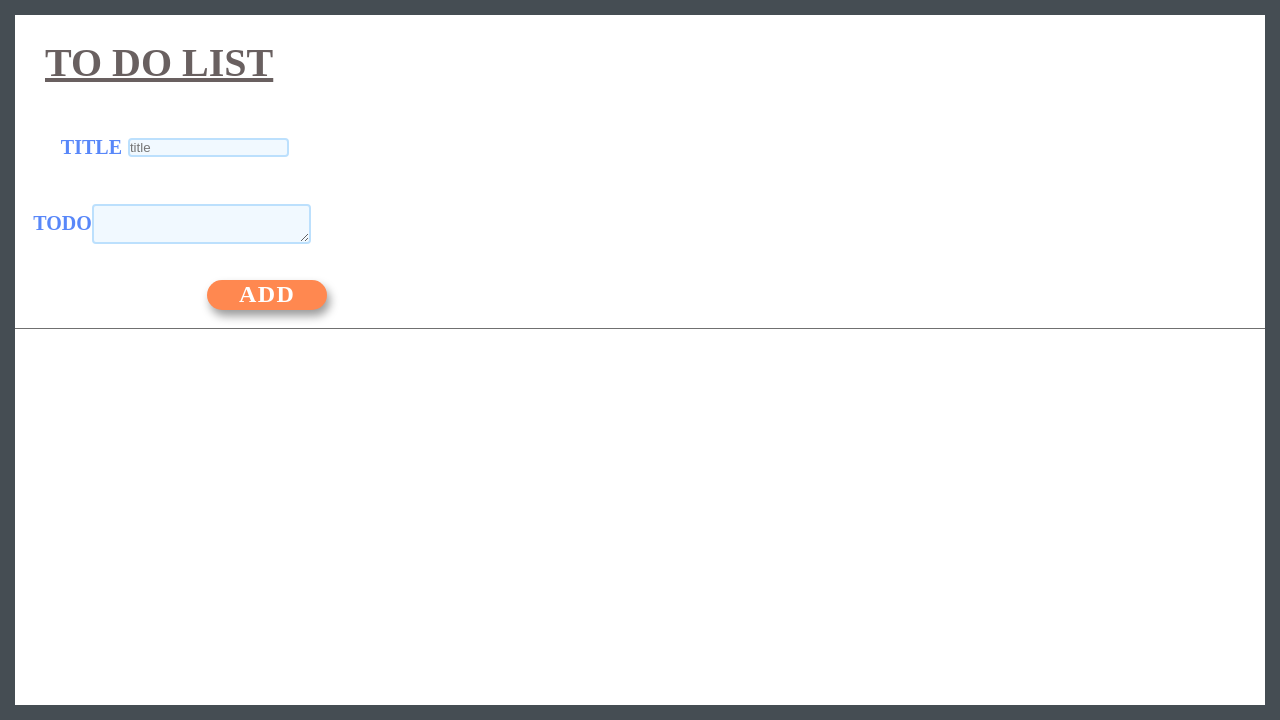
Repository: NagataRyuji0630/shinjin-otameshi
Page: todo_white_board.html
The author's editor kept a copy of each file at every save. The page is drawn from the files as they stood at one save, then again after the next save.
The browser window is 1280 px wide. The pictures show the whole page.
The pointer rests on the first visible `.red_btn`.

Above is the page before, as saved 2020-06-11 23:22:35.
Not found: todoWhiteBoard.js

After the next save:
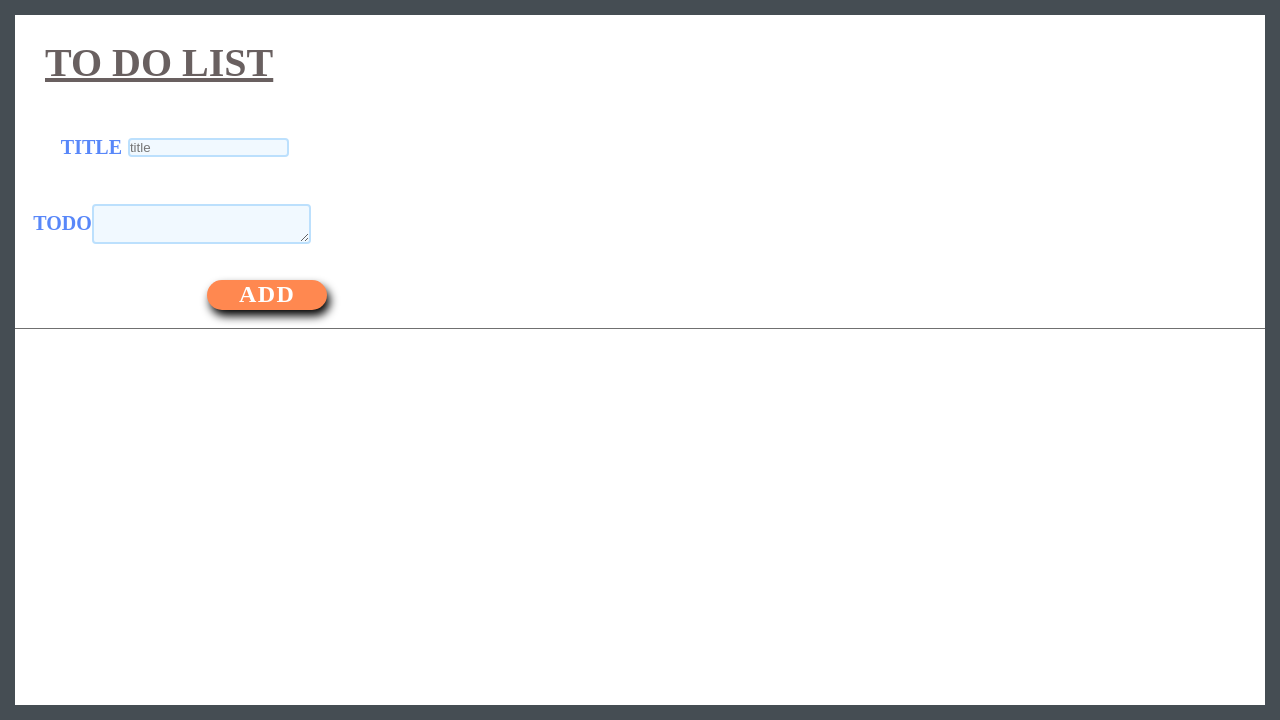
Saved 3 min 34 s later.
--- a/todo_white_board.css
+++ b/todo_white_board.css
@@ -116,6 +116,7 @@
 
 .red_btn:hover {
     background-color: #FF8850;
+    box-shadow: 3px 6px 10px black;
 }
 
 #todo_add_btn {

After the save that followed:
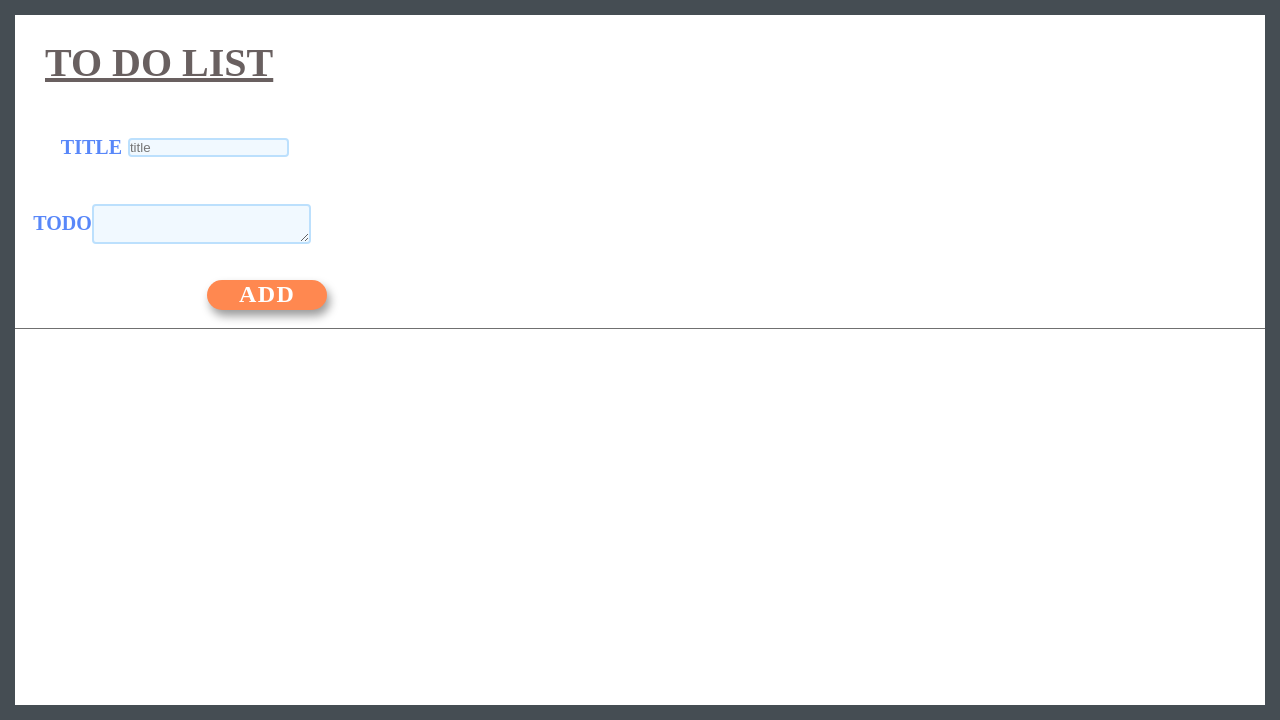
Saved 65 s later.
--- a/todo_white_board.css
+++ b/todo_white_board.css
@@ -116,7 +116,6 @@
 
 .red_btn:hover {
     background-color: #FF8850;
-    box-shadow: 3px 6px 10px black;
 }
 
 #todo_add_btn {
